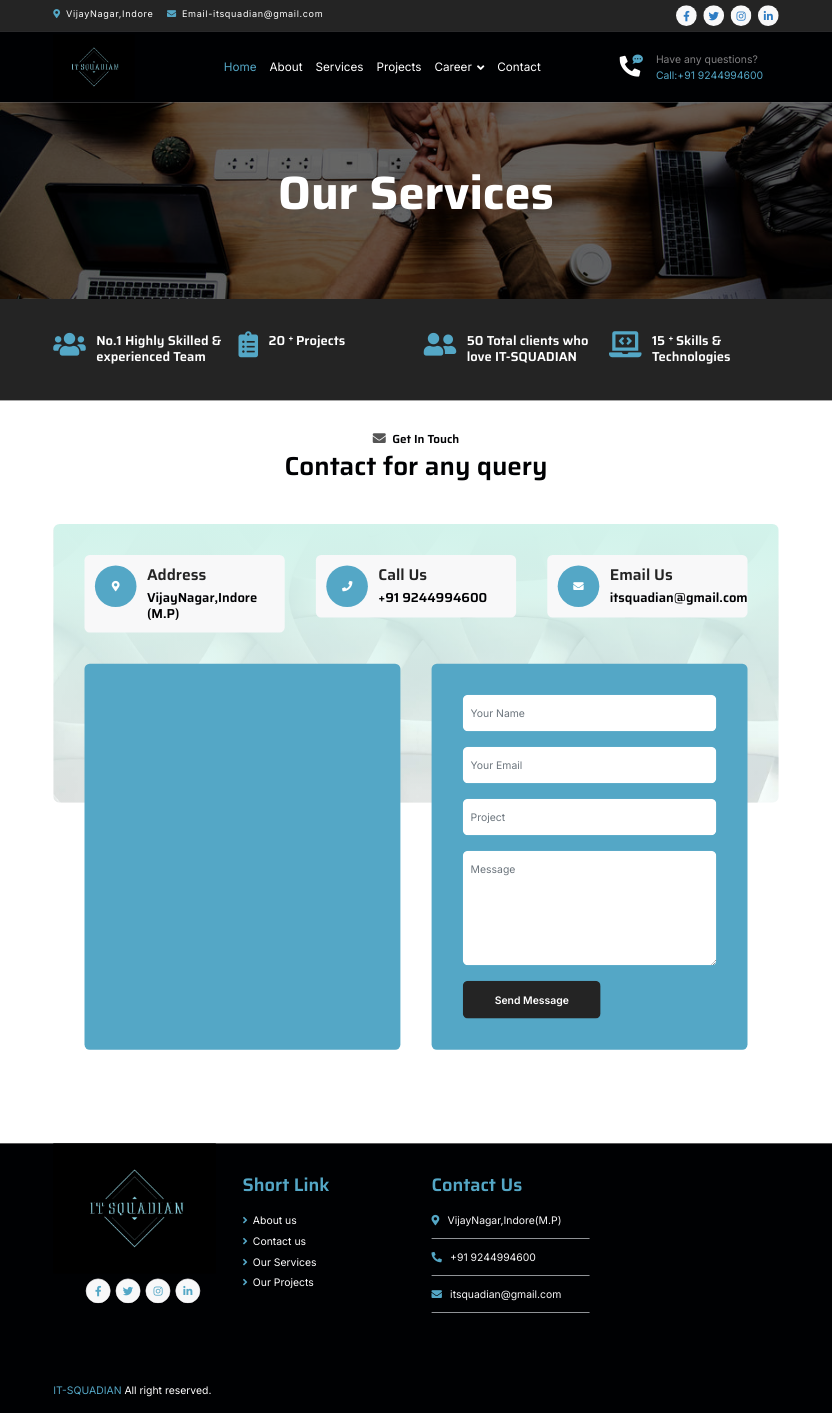
Repository: itsquadian/IT-SQUADIAN
Page: contact.html
An editor plug-in stored every save of this project. The page is shown before and after a run of saves, followed by the edit.
The browser window is 1280 px wide. The pictures show the whole page, at 65% of full size.
Pictures or frames that could not be fetched are drawn as grey boxes. Some web libraries are served in a nearby version.

Above is the page before, as saved 2024-04-13 18:44:36.

After the next 2 saves:
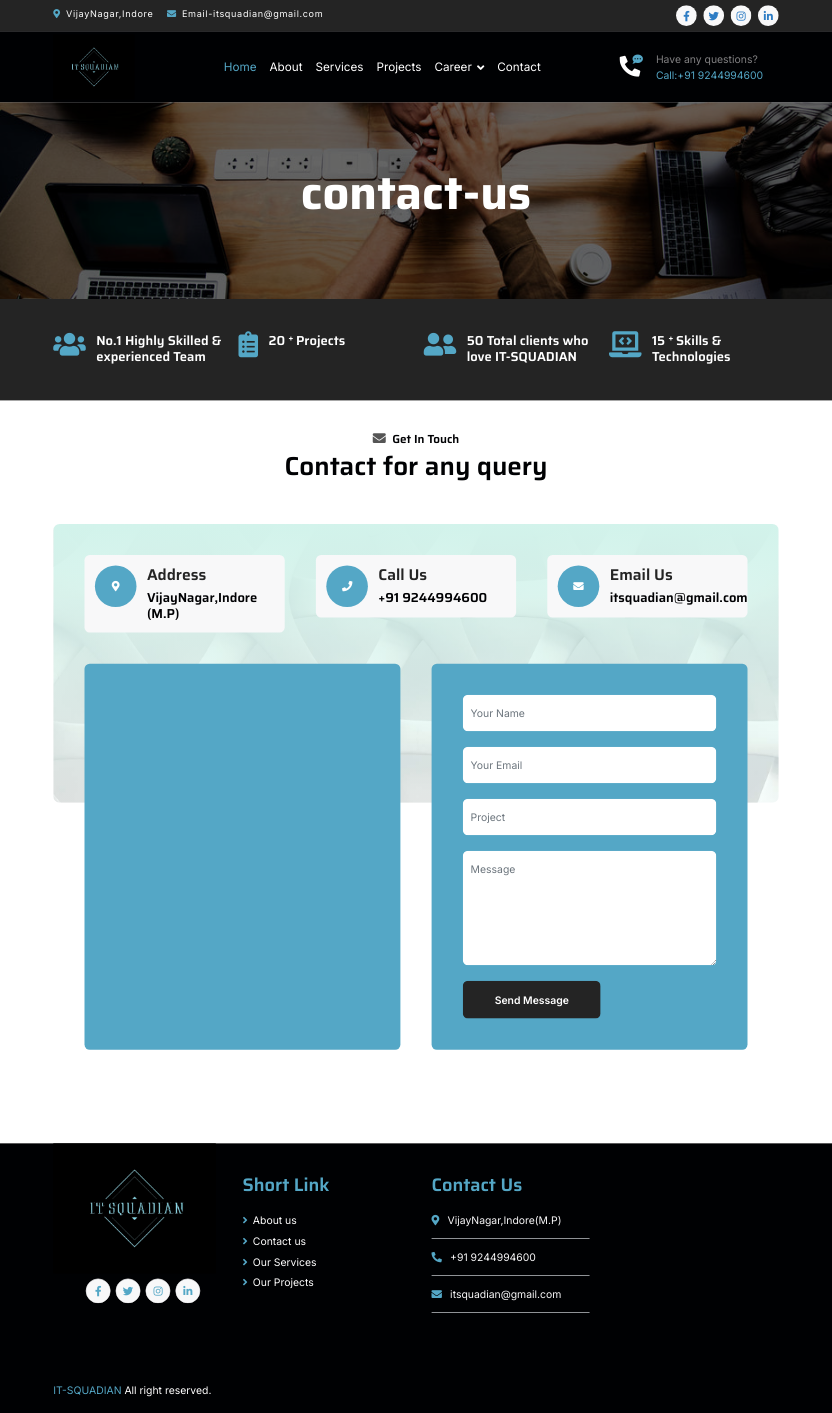
The 2 saves are shown as one change because they came seconds apart.
The last was saved 23 s later.
--- a/contact.html
+++ b/contact.html
@@ -116,7 +116,7 @@
 <!-- Page Header Start -->
 <div class="container-fluid page-header py-5">
     <div class="container text-center py-5">
-        <h1 class="display-2 text-white mb-4 animated slideInDown">Our Services</h1>
+        <h1 class="display-2 text-white mb-4 animated slideInDown">contact-us</h1>
         <nav aria-label="breadcrumb animated slideInDown">
             <!-- <ol class="breadcrumb justify-content-center mb-0">
                 <li class="breadcrumb-item"><a href="#">Home</a></li>
